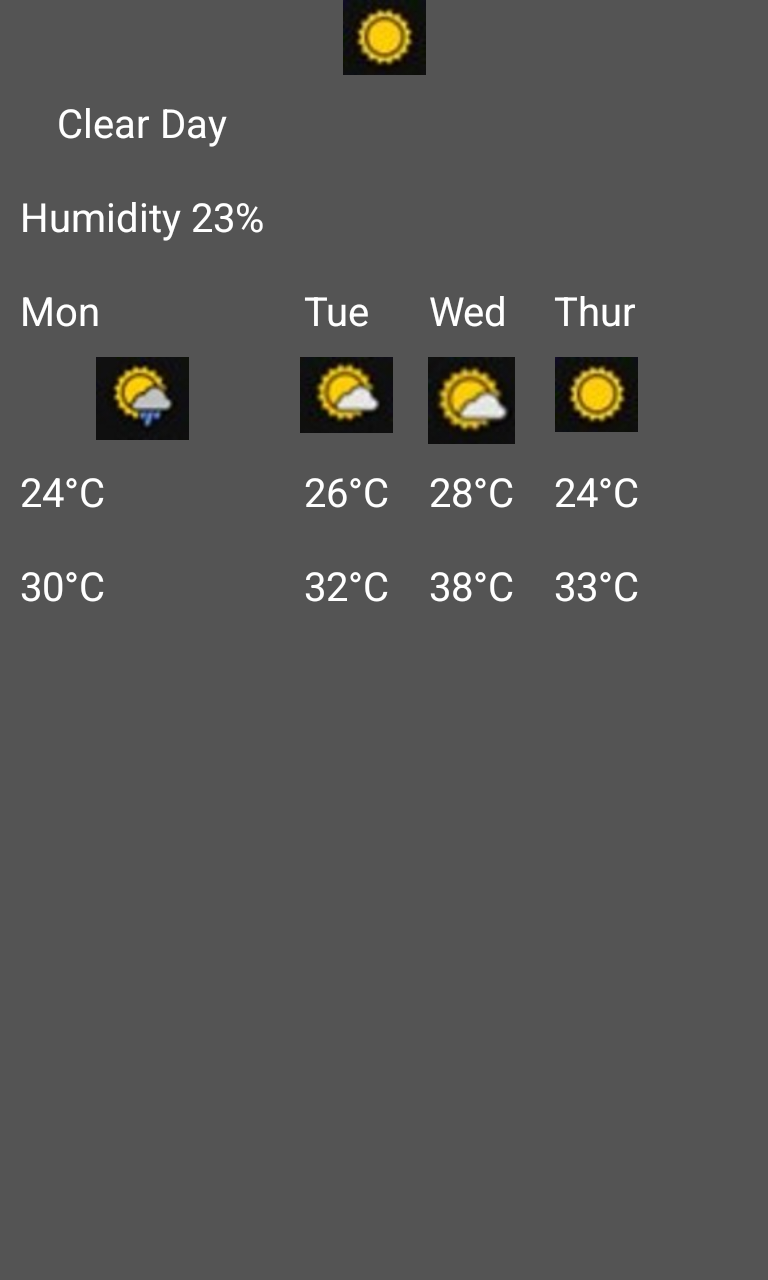
Repository: 12030121002/androideventhandling
Layout: Demo/res/layout/weather.xml
These files come from the project's save history. The layout is drawn as it stood at one moment and after the next save; the edit follows.
It is drawn on a 768 x 1280 px phone screen (xhdpi) without system bars, with theme AppTheme; the app's code is not run.

Above is the layout before, as saved 2014-12-08 05:04:16.

After the next save:
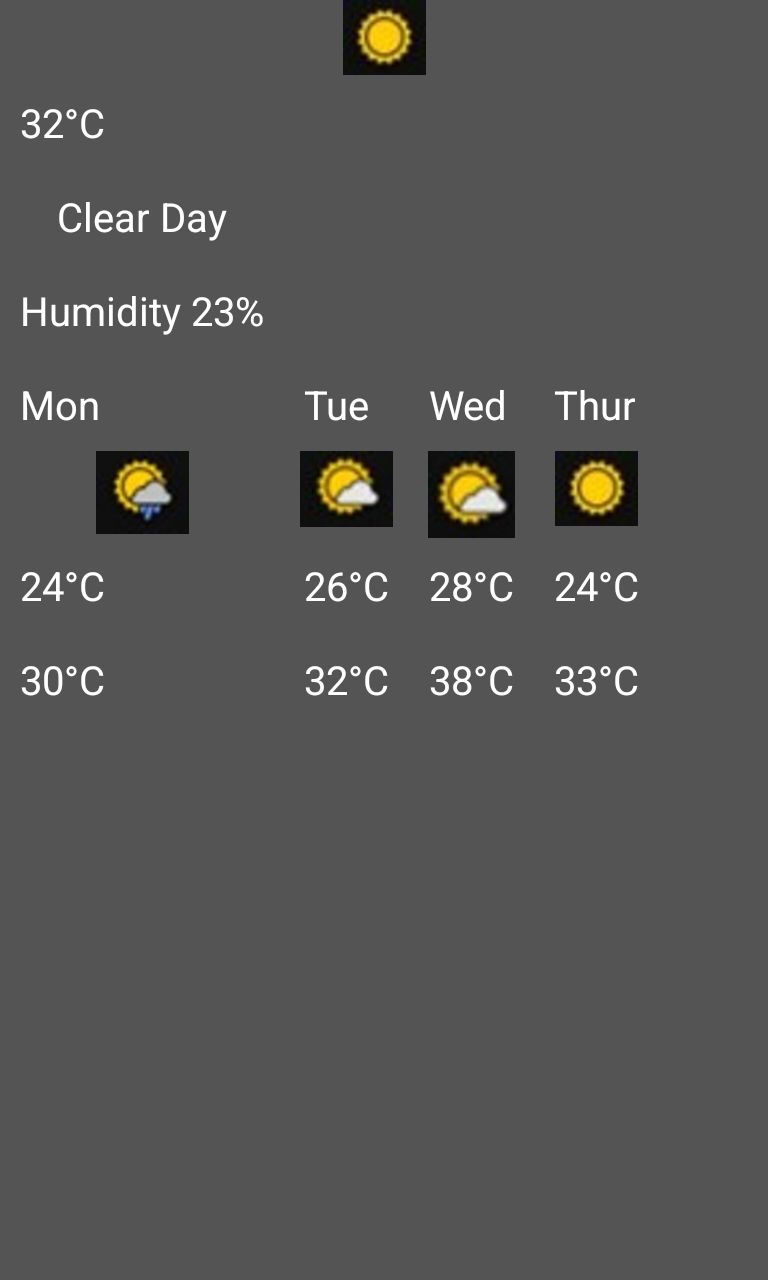
Saved 80 s later.
--- a/Demo/res/layout/weather.xml
+++ b/Demo/res/layout/weather.xml
@@ -9,6 +9,16 @@
         android:layout_height="wrap_content"
         android:src="@drawable/wednesday" />
 
+    <TextView
+        android:id="@+id/textView1"
+        android:layout_width="wrap_content"
+        android:layout_height="wrap_content"
+   		android:text="@string/deg"
+        android:textColor="@color/white"
+        android:padding="10dp"
+        android:textSize="20sp"
+        />
+
   <TableRow android:layout_width="wrap_content"
 	    android:layout_height="wrap_content">
     <TextView
